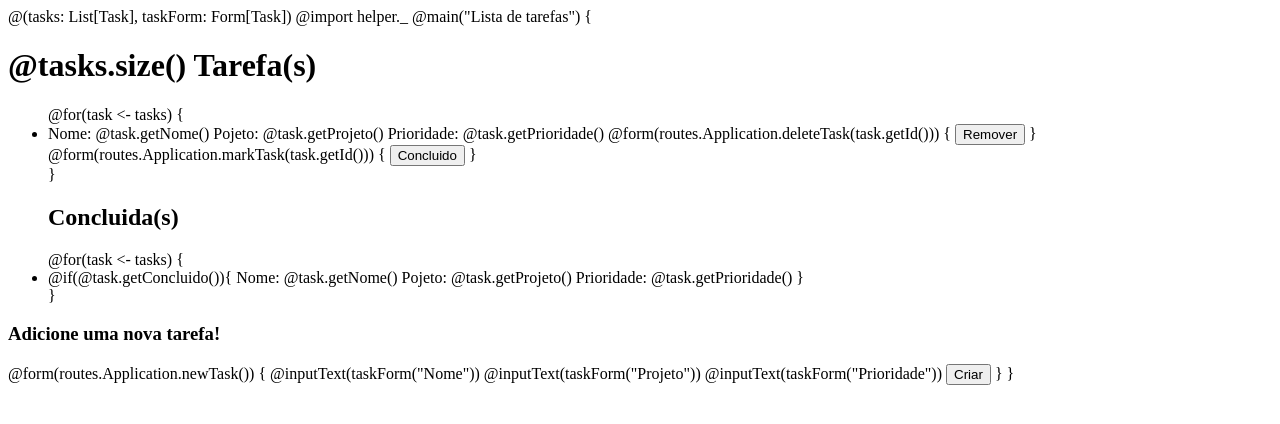
Repository: lcavalcante/si1
Page: lab2/.target/views/index.scala.html
An editor plug-in stored every save of this project. The page is shown before and after the next save, followed by the edit.
The browser window is 1280 px wide. The pictures show the whole page.

Above is the page before, as saved 2013-11-27 00:31:32.

After the next save:
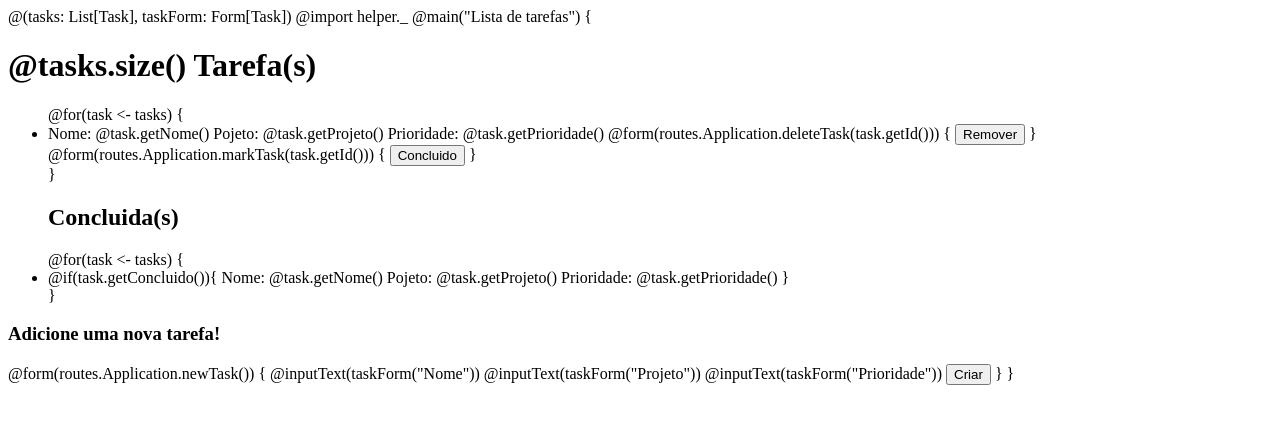
Saved 54 s later.
--- a/lab2/.target/views/index.scala.html
+++ b/lab2/.target/views/index.scala.html
@@ -29,7 +29,7 @@
     	 <h2>Concluida(s)</h2>
         @for(task <- tasks) {
             <li>
-            	@if(@task.getConcluido()){
+            	@if(task.getConcluido()){
                 Nome: @task.getNome() Pojeto: @task.getProjeto() Prioridade: @task.getPrioridade()
                 }
 
